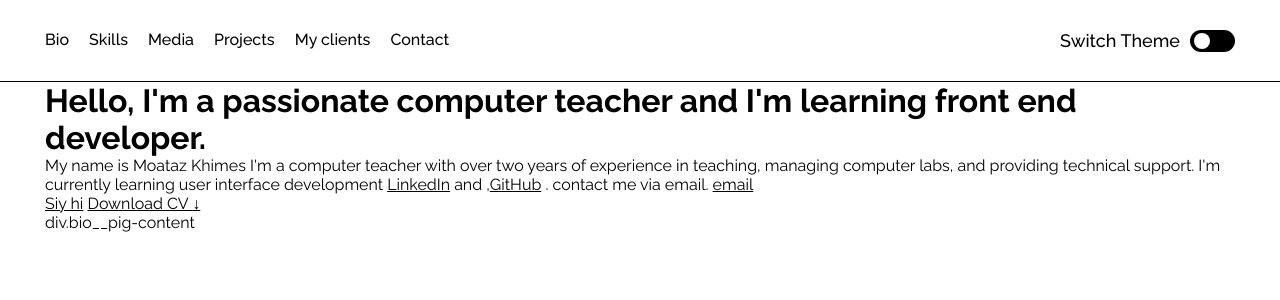
Repository: moataz305G/Personal-website
Page: index.html
The author's editor kept a copy of each file at every save. The page is drawn from the files as they stood at one save, then again after the next save.
The browser window is 1280 px wide. The pictures show the whole page.

Above is the page before, as saved 2025-12-12 20:49:50.

After the next save:
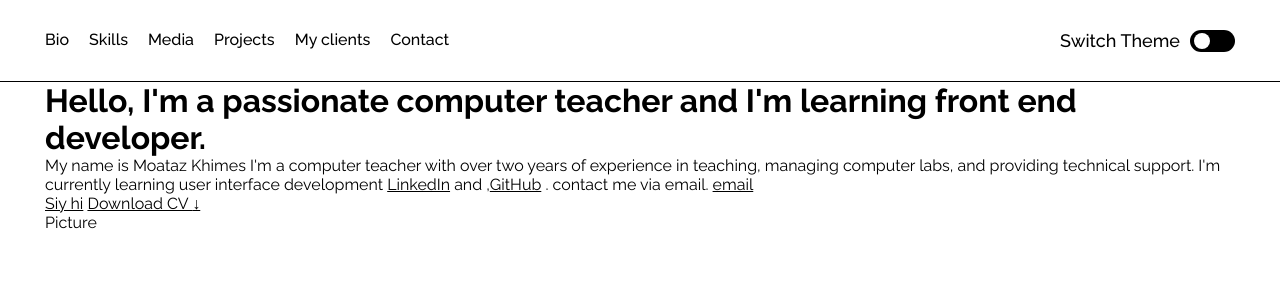
Saved 66 s later.
--- a/index.html
+++ b/index.html
@@ -67,7 +67,7 @@
             >Download CV <span class="bio__arrow">↓</span></a
           >
         </div>
-        div.bio__pig-content
+        <div class="bio__pic-content">Picture</div>
       </sction>
     </div>
   </body>
